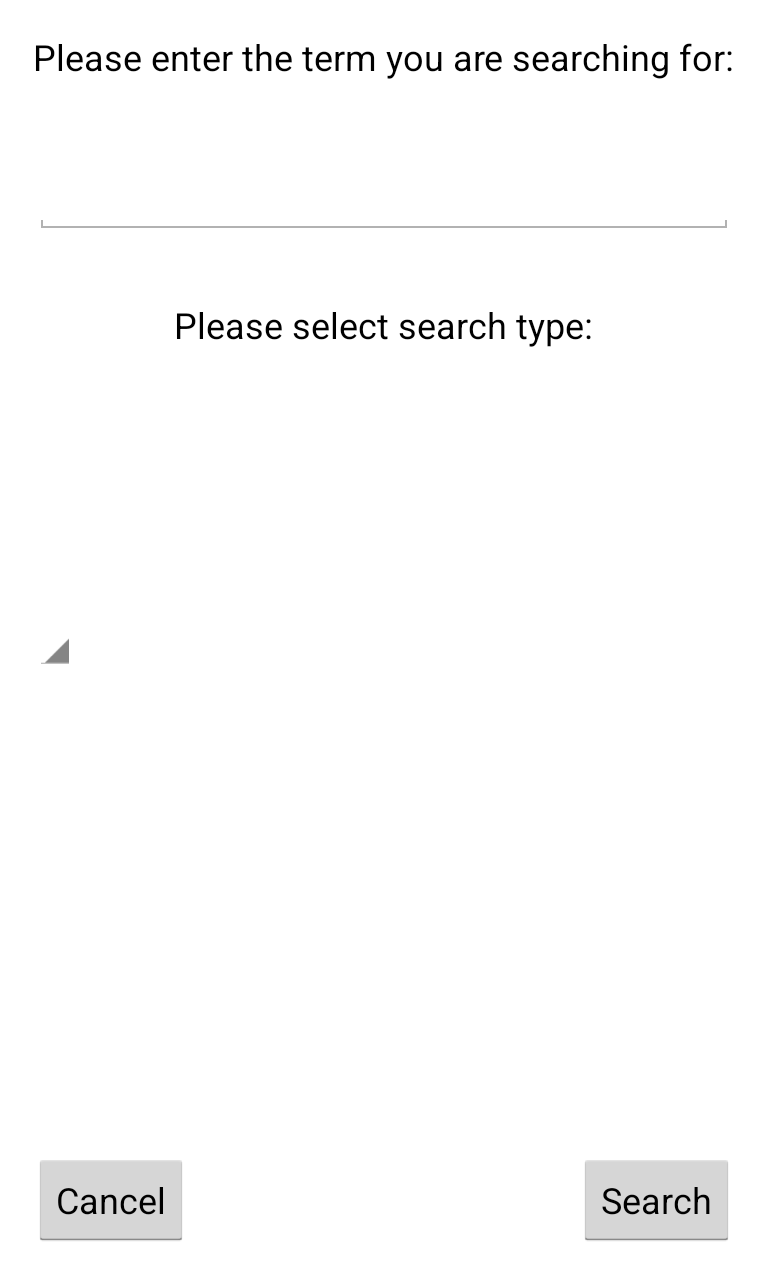
Repository: seth-skocelas/PHMS
Layout: PHMS/res/layout/activity_search.xml
These files come from the project's save history. The layout is drawn as it stood at one moment and after the next save; the edit follows.
It is drawn on a 768 x 1280 px phone screen (xhdpi) without system bars, with theme AppTheme; the app's code is not run.

Above is the layout before, as saved 2014-04-07 05:00:28.

### PHMS/res/layout/activity_search.xml
<RelativeLayout xmlns:android="http://schemas.android.com/apk/res/android"
    xmlns:tools="http://schemas.android.com/tools"
    android:layout_width="match_parent"
    android:layout_height="match_parent"
    android:paddingBottom="@dimen/activity_vertical_margin"
    android:paddingLeft="@dimen/activity_horizontal_margin"
    android:paddingRight="@dimen/activity_horizontal_margin"
    android:paddingTop="@dimen/activity_vertical_margin"
    tools:context=".SearchActivity" >

    <TextView
        android:id="@+id/textView1"
        android:layout_width="wrap_content"
        android:layout_height="wrap_content"
        android:layout_alignParentTop="true"
        android:layout_centerHorizontal="true"
        android:text="@string/searchInstructions"
        android:textAppearance="?android:attr/textAppearanceMedium" />

    <EditText
        android:id="@+id/editText1"
        android:layout_width="wrap_content"
        android:layout_height="wrap_content"
        android:layout_alignLeft="@+id/textView1"
        android:layout_alignRight="@+id/textView1"
        android:layout_below="@+id/textView1"
        android:layout_marginTop="38dp"
        android:ems="10" />

    <Button
        android:id="@+id/button1"
        android:layout_width="wrap_content"
        android:layout_height="wrap_content"
        android:layout_alignParentBottom="true"
        android:layout_alignParentLeft="true"
        android:text="@string/cancel" />

    <Button
        android:id="@+id/button2"
        android:layout_width="wrap_content"
        android:layout_height="wrap_content"
        android:layout_alignParentBottom="true"
        android:layout_alignParentRight="true"
        android:text="@string/search" />

    <TextView
        android:id="@+id/textView2"
        android:layout_width="wrap_content"
        android:layout_height="wrap_content"
        android:layout_below="@+id/editText1"
        android:layout_centerHorizontal="true"
        android:layout_marginTop="32dp"
        android:text="@string/searchType"
        android:textAppearance="?android:attr/textAppearanceMedium" />

    <Spinner
        android:id="@+id/spinner1"
        android:layout_width="wrap_content"
        android:layout_height="wrap_content"
        android:layout_alignLeft="@+id/editText1"
        android:layout_centerVertical="true" />

</RelativeLayout>

### PHMS/res/values/strings.xml
<?xml version="1.0" encoding="utf-8"?>
<resources>

    <string name="app_name">PHMS</string>
    <string name="hello_world">Hello world!</string>
    <string name="action_settings">Settings</string>
    <string name="welcome">Welcome to the Personal Health Monitoring System!</string>
    <string name="password">Password</string>
    <string name="options">Please login or register:</string>
    <string name="login">Login</string>
    <string name="register">Register</string>
    <string name="recover">Recover</string>
    <string name="title_activity_register">Register</string>
    <string name="firstname">First Name:</string>
    <string name="lastname">Last Name:</string>
    <string name="username">Username:</string>
    <string name="cancel">Cancel</string>
    <string name="email">Email Address:</string>
    <string name="phone">Phone Number:</string>
    <string name="height">Height: (ft)</string>
    <string name="inches">(in)</string>
    <string name="weight">Weight:</string>
    <string name="age">Age:</string>
    <string name="docemail">Doctor\'s Email:</string>
    <string name="gender">Gender:</string>
    <string name="security">Security Question: What is your mother\'s maiden name?</string>
    <string name="recoQuestion">Please enter your account email:</string>
    <string name="recoInfo">If there is an account on file with this email, an email will be sent out
	    					that will allow you to reset your password</string>
    <string name="title_activity_recover">Recover</string>
    <string name="ok">OK</string>
    <string name="dialog_message">Test</string>
    <string name="dialog_title">Test</string>
    <string name="title_activity_main_menu">MainMenuActivity</string>
    <string name="vital_signs">Vital Signs</string>
    <string name="medications">Medications</string>
    <string name="main_menu">Main Menu</string>
    <string name="diet_management">Diet Management</string>
    <string name="upcoming_events">Upcoming Events</string>
    <string name="search_app">Search the App</string>
    <string name="edit_acct">Edit Account</string>
    <string name="logout">Log Out</string>
    <string name="title_activity_medication">Medication</string>
    <string name="title_activity_diet">DietActivity</string>
    <string name="medInstructions">Select a medication to edit:</string>
    <string name="add">Add</string>
    <string name="ret">Return</string>
    <string name="title_activity_add_medication">AddMedicationActivity</string>
    <string name="addMedInstructions">Please fill in all the fields:</string>
    <string name="name">Name:</string>
    <string name="datetime">Date/Time:</string>
    <string name="conflictions">Conflictions:</string>
    <string name="dosage">Dosage (Amount):</string>
    <string name="unit">Unit:</string>
    <string name="save">Save</string>
    <string name="title_activity_search">SearchActivity</string>
    <string name="searchInstructions">Please enter the term you are searching for:</string>
    <string name="searchType">Please select search type:</string>
    <string name="search">Search</string>
    <string-array name="searchchoices">
        <item>Ad-Hoc</item>
        <item>Diet</item>
        <item>Vital Signs</item>
        <item>Medications</item>
        <item>Google Search</item>
    </string-array>

</resources>

Loaded but not shown: PHMS/res/values/styles.xml (common file); PHMS/res/values-v11/styles.xml (common file); PHMS/res/values-v14/styles.xml (common file); PHMS/res/values/dimens.xml (common file); PHMS/res/values-w820dp/dimens.xml (common file)

After the next save:
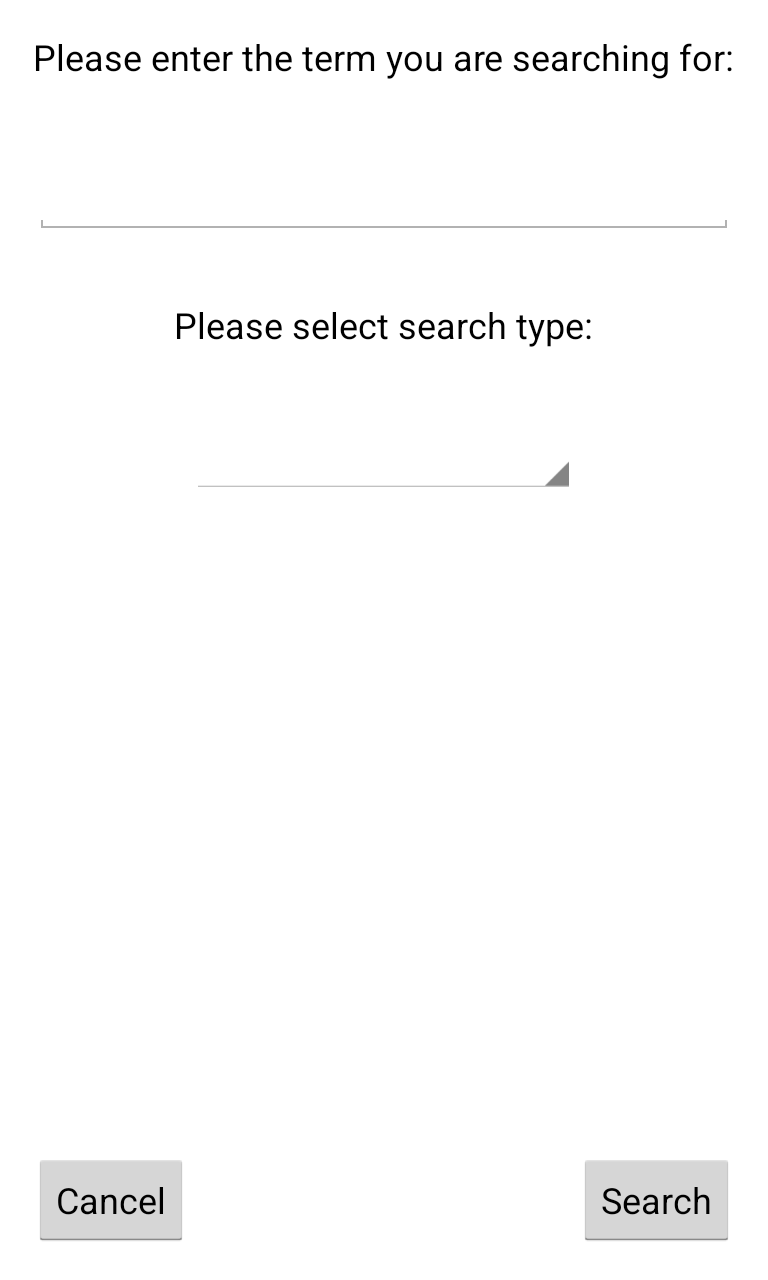
Saved 104 s later.
--- a/PHMS/res/layout/activity_search.xml
+++ b/PHMS/res/layout/activity_search.xml
@@ -57,7 +57,9 @@
         android:id="@+id/spinner1"
         android:layout_width="wrap_content"
         android:layout_height="wrap_content"
-        android:layout_alignLeft="@+id/editText1"
-        android:layout_centerVertical="true" />
+        android:layout_below="@+id/textView2"
+        android:layout_marginTop="41dp"
+        android:layout_toLeftOf="@+id/button2"
+        android:layout_toRightOf="@+id/button1" />
 
 </RelativeLayout>
